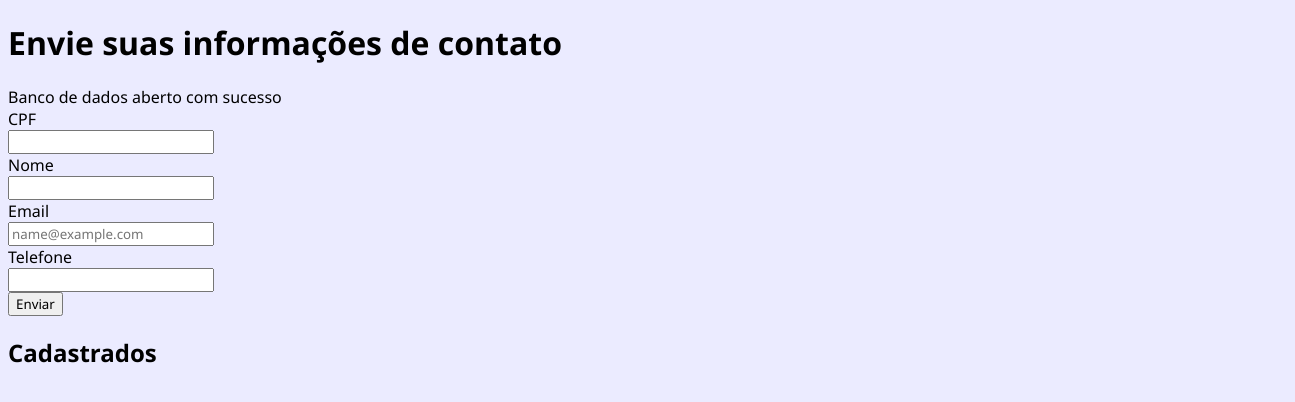
Repository: NicholasMaestrello/treinamento-impacta
Page: DesenvolvimentoJava/Modulo06/02_EmpresaRH/WebContent/trabalhe_conosco.html
These files come from the project's save history. The page is drawn as it stood at one moment and after a run of saves; the edit follows.
The browser window is 1280 px wide. The page is 1280 px wide, then 1295 px, so the pictures cover 1295 px, including what lies to the right of the window. The pictures show the whole page.
Some web libraries are served in a nearby version.

Above is the page before, as saved 2017-10-23 18:46:22.

### DesenvolvimentoJava/Modulo06/02_EmpresaRH/WebContent/trabalhe_conosco.html
<!DOCTYPE html>
<html>
<head>
<meta charset="UTF-8" />
<meta name="viewport" content="width=device-width, initial-scale=1.0" />
<title>trabalhe conosco</title>
<link href="css/estilo.css" rel="stylesheet">
<link href="css/menu.css" rel="stylesheet">
</head>
<body>
	<h1>Envie suas informações de contato</h1>
	<div id="mensagemdb"></div>
	<div class="row">
		<form class="col-xs-6">
			<div class="form-group row">
				<label for="cpf" class="col-sm-2">CPF</label>
				<div class="col-sm-10">
					<input type="email" class="form-control" id="cpf" name="cpf" />
				</div>
			</div>
			<div class="form-group row">
				<label for="nome" class="col-sm-2">Nome</label>
				<div class="col-sm-10">
					<input type="email" class="form-control" id="nome" name="nome" />
				</div>
			</div>
			<div class="form-group row">
				<label for="email" class="col-sm-2">Email</label>
				<div class="col-sm-10">
					<input type="email" class="form-control" id="email" name="email"
						placeholder="name@example.com">
				</div>
			</div>
			<div class="form-group row">
				<label for="telefone" class="col-sm-2">Telefone</label>
				<div class="col-sm-10">
					<input type="tel" class="form-control" id="telefone"
						name="telefone" />
				</div>
			</div>
			<div class="form-group row">
				<div class="col-sm-3"></div>
				<button id="enviar" type="button" class="btn btn-primary col-sm-6">Enviar</button>
			</div>
		</form>
		<div class="col-xs-6">
			<h2>Cadastrados</h2>
			<ul id="listaCadastrados"></ul>
		</div>
	</div>
	<script type="text/javascript"
		src="https://code.jquery.com/jquery-3.2.1.min.js"></script>
	<script
		src="https://maxcdn.bootstrapcdn.com/bootstrap/3.3.7/js/bootstrap.min.js"></script>
	<script src="trabalhe.js" type="text/javascript"></script>
</body>
</html>

### DesenvolvimentoJava/Modulo06/02_EmpresaRH/WebContent/css/estilo.css
* {
	font-family: 'Segoe UI', Tahoma, Verdana, sans-serif;
}

body{
	background-color: rgb(235, 235, 316);
}

.container{
	margin: 80px 50px 50px 50px;

}
/*
footer{
	left:0;
	right:0;
	bottom:0;
	position: fixed;
	padding: 5px;
	text-align: center;
	font-size: 10px;
	color: white;
	background-color: #828282;
}
*/
.intro{
	background: url(../imagens/inicio.jpg)center center fixed;
	background-size: cover;
	padding: 220px 0;
	margin-top: 40px;
	left: 0;
	right: 0;
}

.footer{
	background: url(../imagens/rodape.jpg)center center fixed;
	background-size: cover;
	color: white;
	padding: 30px;
	text-align: center;
}

### DesenvolvimentoJava/Modulo06/02_EmpresaRH/WebContent/css/menu.css
nav {
	position: fixed;
	top:0;
	left:0;
	right:0;
}
.menu{
	list-style-type: none;
	margin: 0;
	padding: 0;
	overflow: hidden;
	background-color: #003264;
}

.menu li{
	float: left;
}

.menu li a {
	display: block;
	color: white;
	text-align: center;
	padding: 14px 16px;
	text-decoration: none;
}

.menu li a:hover{
	background-color: #DFDFDF;
	color: #003264;
}

.icon{
	display: none;
}

@media screen and (max-width: 500px){
	/*.menu li{
		float: none;
	}
	.menu li a{
		text-align: center;
		text-decoration: none;
	}
	*/
	.menu li:not(:first-child){
		display: none;
	}
	.menu li.icon {
		float: right;
		display: inline-block;
	}
	.menu.responsive {
		position: relative;
	}
	.menu.responsive li.icon{
		position: absolute;
		right: 0;
		top: 0;
	}
	.menu.responsive li{
		float: none;
		display: inline;
	}
	.menu.responsive li a {
		display: block;
		text-align: left;
	}
}

### DesenvolvimentoJava/Modulo06/02_EmpresaRH/WebContent/trabalhe.js
$(document).ready(function(){
	let request, db;
	// abrindo ou cirando o banco de dados

	request = window.indexedDB.open("DBCandidatos");

	// eventos usados ao abrir o banco de dadeos

	request.onerror = function(event) {
		$("#mensagemdb").html("Erro ao abrir o banco de dados");
	}

	request.onsuccess = function(event) {
		$("#mensagemdb").html("Banco de dados aberto com sucesso");
		db = event.target.result;
	}

	request.onupgradeneeded = function(event){
		$("#mensagemdb").html("Banco de dados preparado");
		db = event.target.result;

		let objectStore = db.createObjectStore("candidatos",
				{keyPath: "cpf"})
	}

	$("#enviar").click(function(){
		let cpf = $("#cpf").val();
		let nome = $("#nome").val();
		let telefone = $("#telefone").val();
		let email = $("#email").val();

		let transaction = db.transaction(["candidatos"], "readwrite");
		transaction.oncomplete = function(event){
			$("#mensagemdb").html("registro incluido");
		}
		transaction.onerror = function(event){
			$("#mensagemdb").html("ocorreu um erro");
		}
		let objectStore = transaction.objectStore("candidatos");
		objectStore.add({cpf, nome, telefone, email});
	})
})

After the next 2 saves:
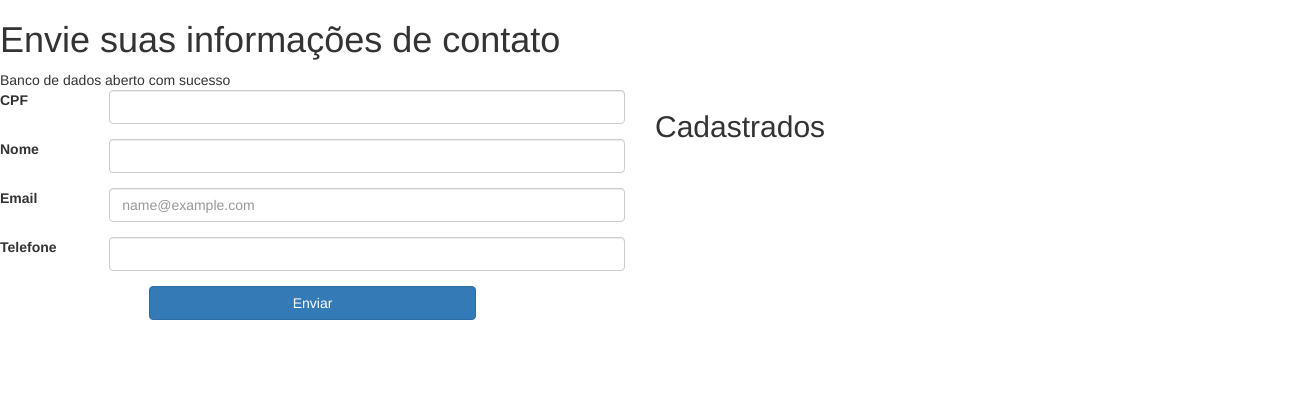
The 2 saves are shown as one change because they came seconds apart.
The last was saved 107 s later.
--- a/DesenvolvimentoJava/Modulo06/02_EmpresaRH/WebContent/trabalhe_conosco.html
+++ b/DesenvolvimentoJava/Modulo06/02_EmpresaRH/WebContent/trabalhe_conosco.html
@@ -4,8 +4,7 @@
 <meta charset="UTF-8" />
 <meta name="viewport" content="width=device-width, initial-scale=1.0" />
 <title>trabalhe conosco</title>
-<link href="css/estilo.css" rel="stylesheet">
-<link href="css/menu.css" rel="stylesheet">
+<link rel="stylesheet" href="https://maxcdn.bootstrapcdn.com/bootstrap/3.3.7/css/bootstrap.min.css">
 </head>
 <body>
 	<h1>Envie suas informações de contato</h1>
